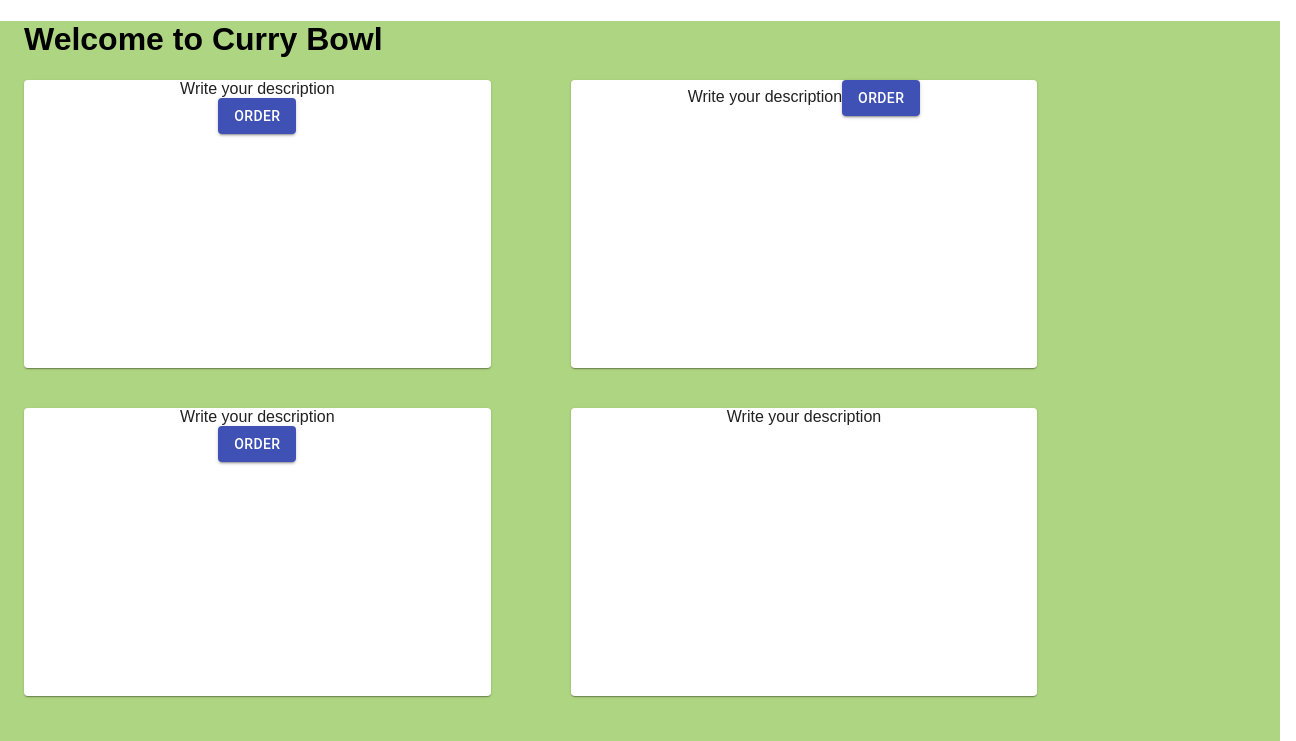
Repository: appikonda/food-order
Page: /
An editor plug-in stored every save of this project. The page is shown before and after a run of saves, followed by the edit.
The browser window is 1280 px wide. The page is 1296 px wide, so the pictures cover 1296 px, including what lies to the right of the window. The pictures show the whole page.
The project was rebuilt for these pictures with package versions that can differ from the ones it lists, and the page was loaded fresh each time. Also part of the build but not shown: webpack.config.js, src/App.css.

Above is the page before, as saved 2019-08-16 11:03:55.

After the next 2 saves:
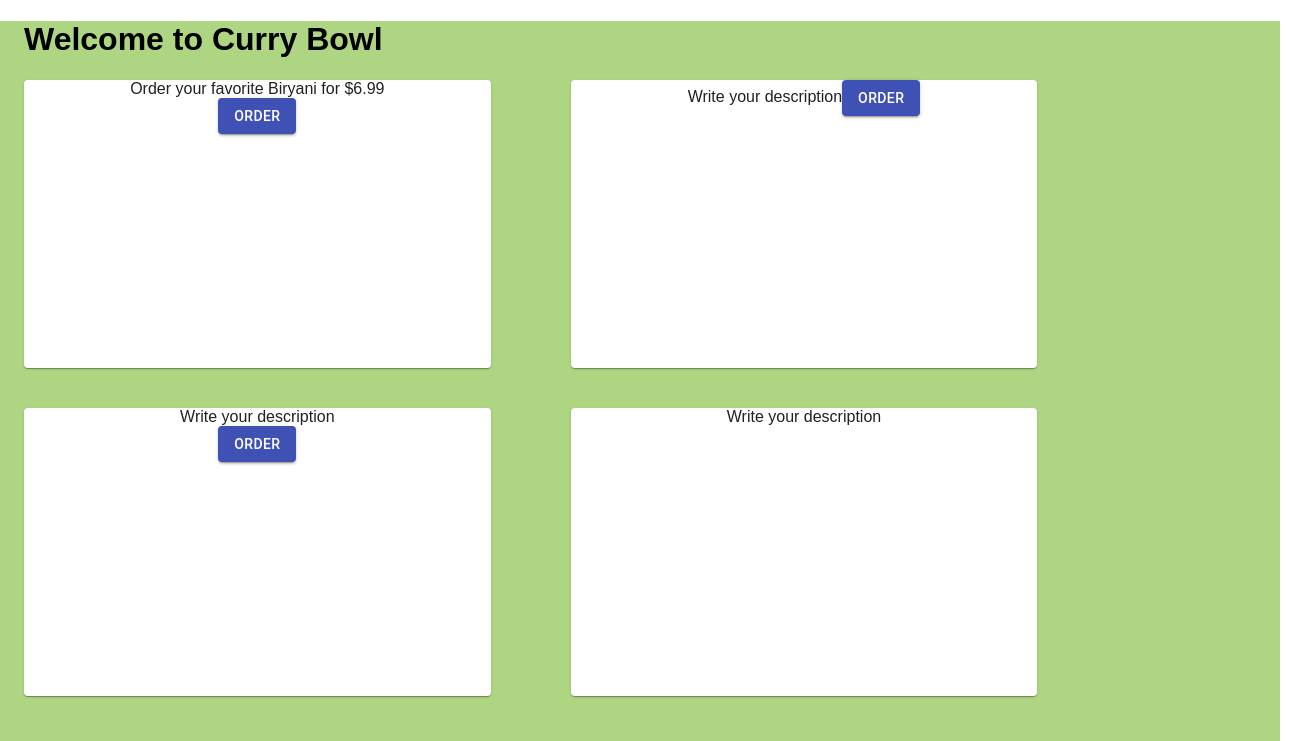
The 2 saves are shown as one change because they came seconds apart.
The last was saved 2 min 13 s later.
--- a/src/OrderFood.jsx
+++ b/src/OrderFood.jsx
@@ -55,7 +55,7 @@ renderGridOptions(){
      <Grid container spacing={10}>
         <Grid item xs={6} sm={5}  >
           <Paper style={{  textAlign: 'center',  color: '#212121', height: '40vh'  }}>
-             Write your description
+              Order your favorite Biryani for $6.99
              <br/>
              <Button variant="contained" color="primary" onClick={this.showSearchDiaglog.bind(this)}>
         Order
@@ -127,7 +127,6 @@ renderSearchDialog(){
             <Typography variant="h6">
               Order
             </Typography>
-
           </Toolbar>
         </AppBar>
 
